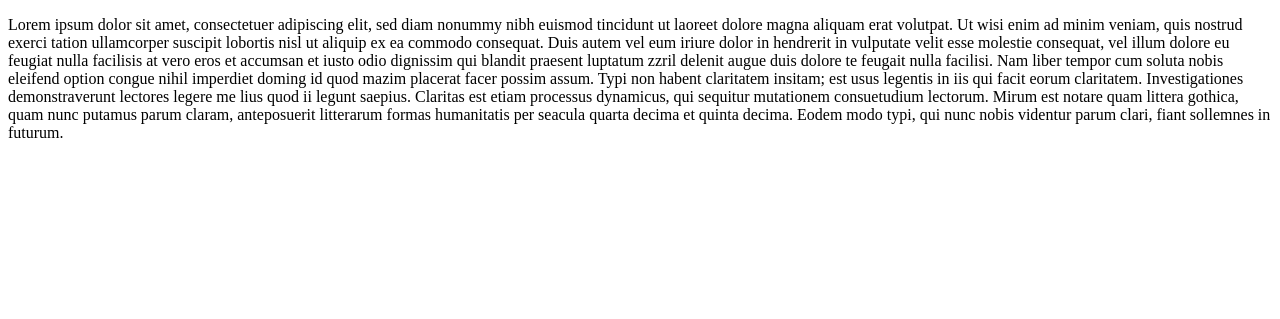
Repository: Dbyu85/this-keyword
Page: index.html
The author's editor kept a record of every edit. The page is drawn from the files as they stood at one moment, then again after the next edit.
The browser window is 1280 px wide. The pictures show the whole page.

Above is the page before.

### index.html
<!DOCTYPE html>
<html lang="en">
<head>
    <meta charset="UTF-8">
    <meta name="viewport" content="width=device-width, initial-scale=1.0">
    <meta http-equiv="X-UA-Compatible" content="ie=edge">
    <title>The this keyword</title>
</head>
<body>
    <div id="container">
        <div class="card">
            <p>
                Lorem ipsum dolor sit amet, consectetuer adipiscing elit,
                sed diam nonummy nibh euismod tincidunt ut laoreet dolore
                magna aliquam erat volutpat. Ut wisi enim ad minim veniam,
                quis nostrud exerci tation ullamcorper suscipit lobortis nisl
                ut aliquip ex ea commodo consequat. Duis autem vel eum iriure
                dolor in hendrerit in vulputate velit esse molestie consequat,
                vel illum dolore eu feugiat nulla facilisis at vero eros et
                accumsan et iusto odio dignissim qui blandit praesent luptatum
                zzril delenit augue duis dolore te feugait nulla facilisi.
                Nam liber tempor cum soluta nobis eleifend option congue
                nihil imperdiet doming id quod mazim placerat facer possim
                assum. Typi non habent claritatem insitam; est usus legentis
                in iis qui facit eorum claritatem. Investigationes
                demonstraverunt lectores legere me lius quod ii legunt saepius.
                Claritas est etiam processus dynamicus, qui sequitur mutationem
                consuetudium lectorum. Mirum est notare quam littera gothica,
                quam nunc putamus parum claram, anteposuerit litterarum formas
                humanitatis per seacula quarta decima et quinta decima. Eodem
                modo typi, qui nunc nobis videntur parum clari, fiant sollemnes
                in futurum.
            </p>
        </div>
    </div>

</body>
</html>

After the next edit:
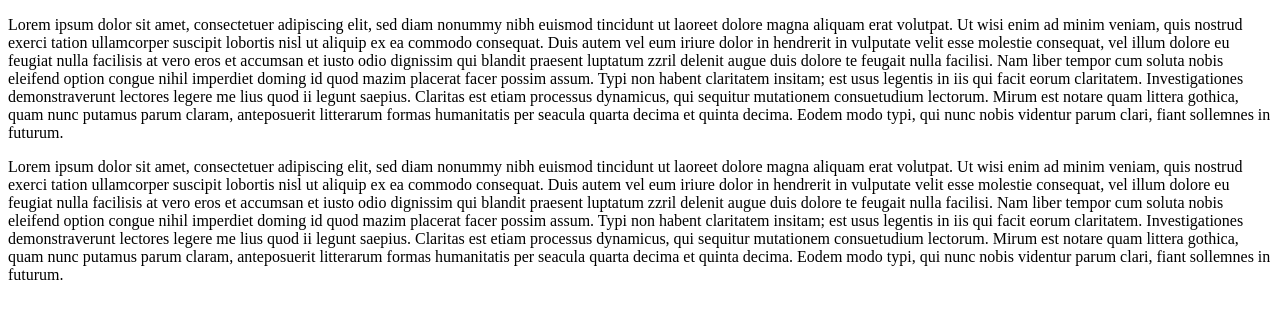
The edit:
--- a/index.html
+++ b/index.html
@@ -33,6 +33,31 @@
             </p>
         </div>
     </div>
+    <div>
+     <div class="card">
+            <p>
+                Lorem ipsum dolor sit amet, consectetuer adipiscing elit,
+                sed diam nonummy nibh euismod tincidunt ut laoreet dolore
+                magna aliquam erat volutpat. Ut wisi enim ad minim veniam,
+                quis nostrud exerci tation ullamcorper suscipit lobortis nisl
+                ut aliquip ex ea commodo consequat. Duis autem vel eum iriure
+                dolor in hendrerit in vulputate velit esse molestie consequat,
+                vel illum dolore eu feugiat nulla facilisis at vero eros et
+                accumsan et iusto odio dignissim qui blandit praesent luptatum
+                zzril delenit augue duis dolore te feugait nulla facilisi.
+                Nam liber tempor cum soluta nobis eleifend option congue
+                nihil imperdiet doming id quod mazim placerat facer possim
+                assum. Typi non habent claritatem insitam; est usus legentis
+                in iis qui facit eorum claritatem. Investigationes
+                demonstraverunt lectores legere me lius quod ii legunt saepius.
+                Claritas est etiam processus dynamicus, qui sequitur mutationem
+                consuetudium lectorum. Mirum est notare quam littera gothica,
+                quam nunc putamus parum claram, anteposuerit litterarum formas
+                humanitatis per seacula quarta decima et quinta decima. Eodem
+                modo typi, qui nunc nobis videntur parum clari, fiant sollemnes
+                in futurum.
+            </p>
+        </div>
 
 </body>
 </html>
